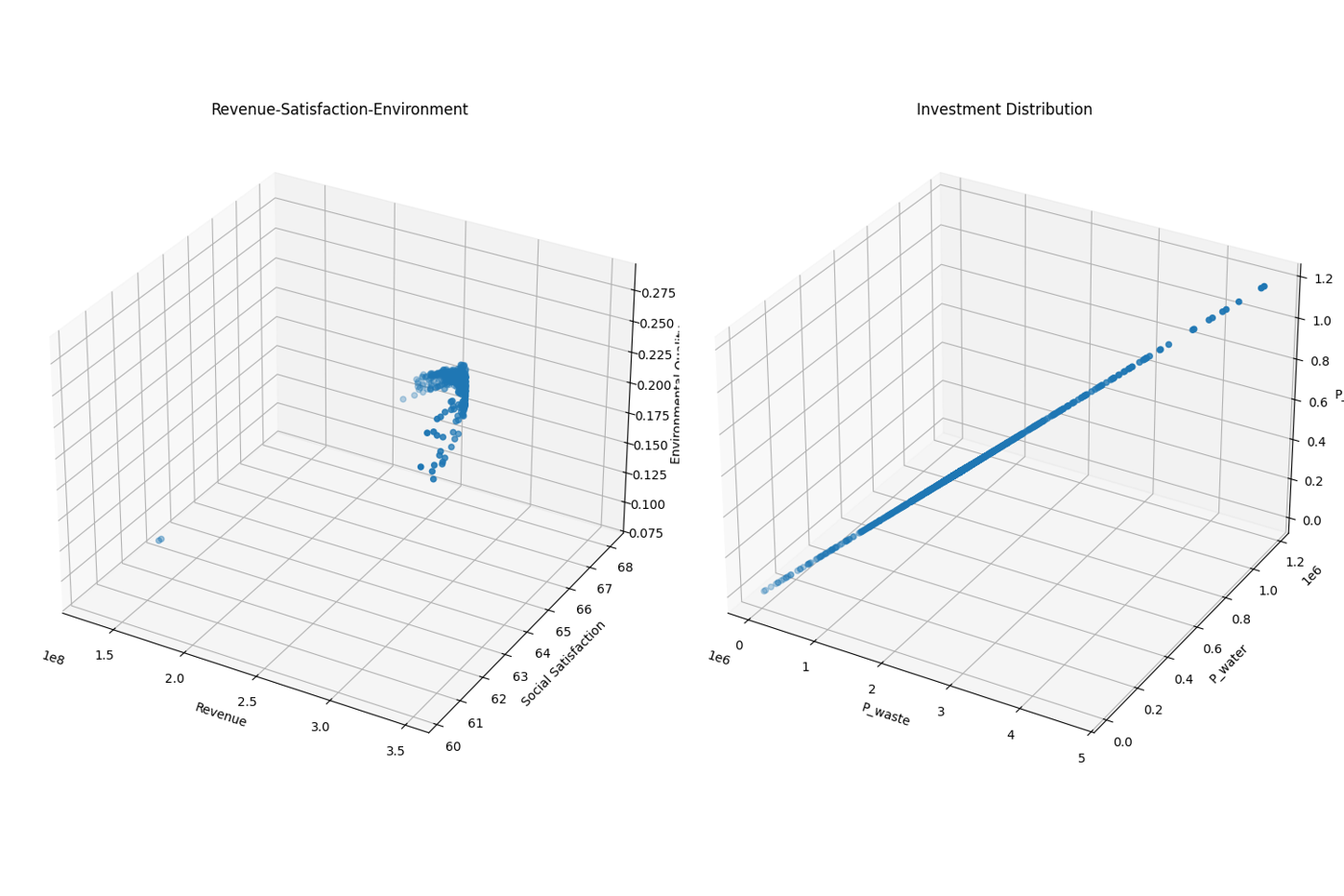
Repository: Kevinye0116/MCM
Script's output: python Coding/trial3.py
The author's editor kept a copy of each file at every save. The script's output is drawn from the files as they stood at one save, then again after the next save.
The pictures are shown at 96% of full size.
Figures wider than 1,400 px are first shrunk to that width. Random numbers start from a fixed seed.

Above is the script's output before, as saved 2025-01-25 23:34:46.

After the next save:
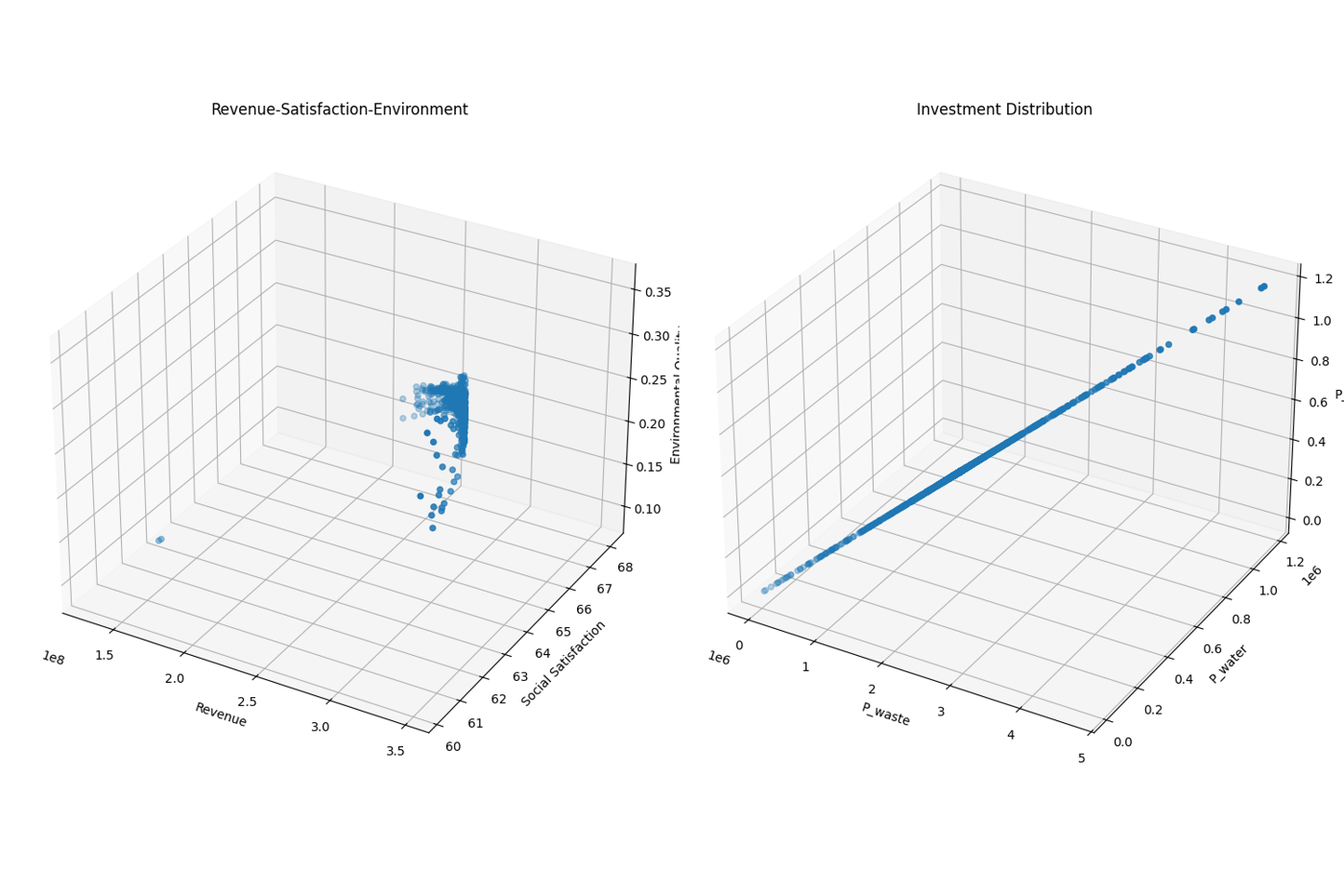
Saved 98 s later.
--- a/Coding/trial3.py
+++ b/Coding/trial3.py
@@ -44,9 +44,9 @@ class TourismOptimization:
         self.b3 = 10  # 废物处理基准增长率
 
         # 新增影响系数
-        self.k8 = 0.1  # 环保投资对碳排放的影响系数
-        self.k9 = 0.1  # 废物处理投资对废物处理容量的影响系数
-        self.k10 = 0.1  # 水资源投资对水资源容量的影响系数
+        self.k8 = 0.2  # 环保投资对碳排放的影响系数
+        self.k9 = 0.2  # 废物处理投资对废物处理容量的影响系数
+        self.k10 = 0.2  # 水资源投资对水资源容量的影响系数
 
         # 初始容量
         self.CO2p_initial = 0.184  # 初始人均碳排放量
